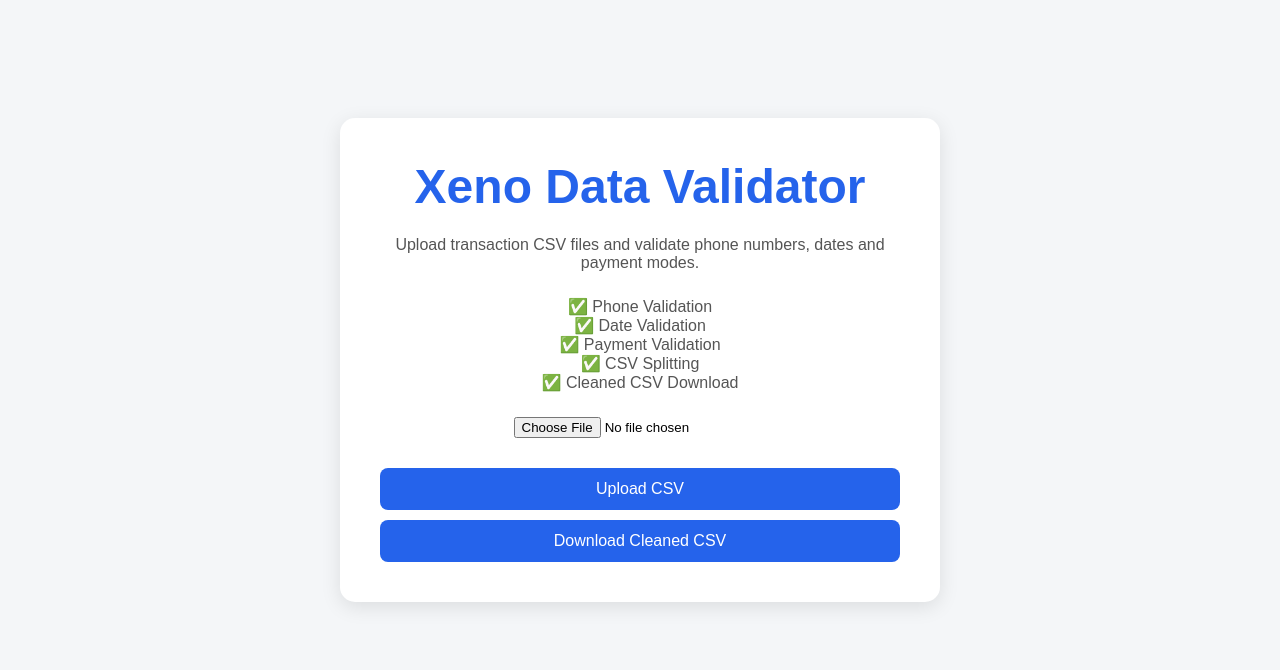
Repository: Aartigarg446/xeno-data-validator
Page: / (app in frontend/)
These files come from the project's save history. The page is drawn as it stood at one moment and after the next save; the edit follows.
The browser window is 1280 px wide. The pictures show the whole page.
The project was rebuilt for these pictures with package versions that can differ from the ones it lists, and the page was loaded fresh each time. Also part of the build but not shown: frontend/vite.config.js.

Above is the page before, as saved 2026-06-17 13:43:17.

After the next save:
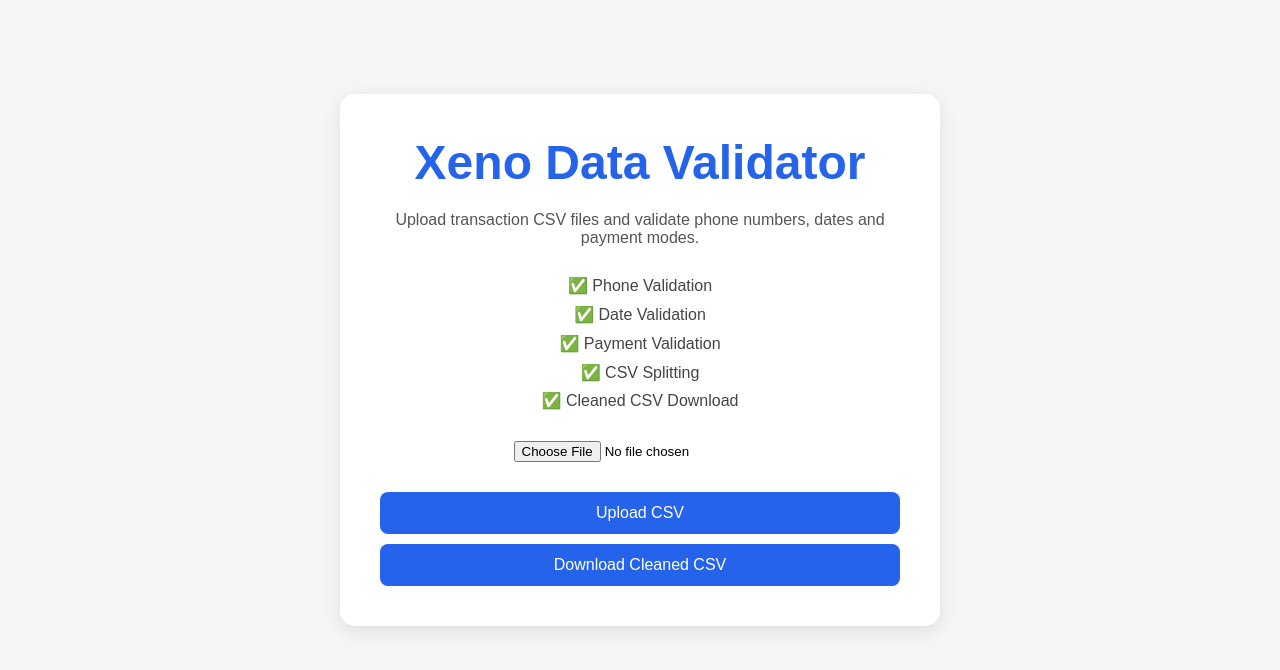
Saved 29 s later.
--- a/frontend/src/App.css
+++ b/frontend/src/App.css
@@ -57,3 +57,8 @@
 button:hover {
   background: #1d4ed8;
 }
+.features {
+  color: #444;
+  margin-bottom: 25px;
+  line-height: 1.8;
+}
